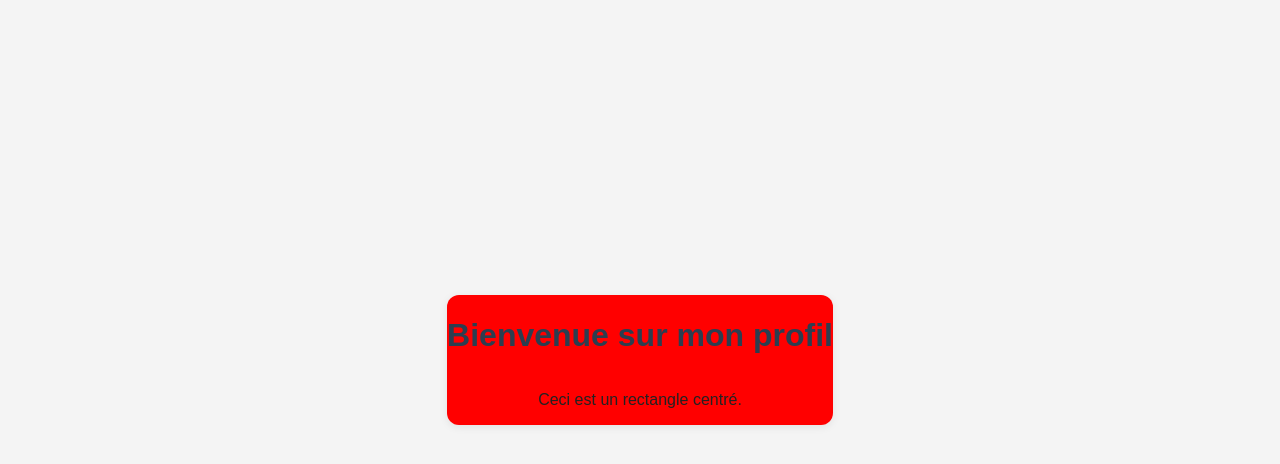
Repository: quadrinex/profile
Page: index.html
An editor plug-in stored every save of this project. The page is shown before and after the next save, followed by the edit.
The browser window is 1280 px wide. The pictures show the whole page.

Above is the page before, as saved 2025-06-30 16:14:57.

After the next save:
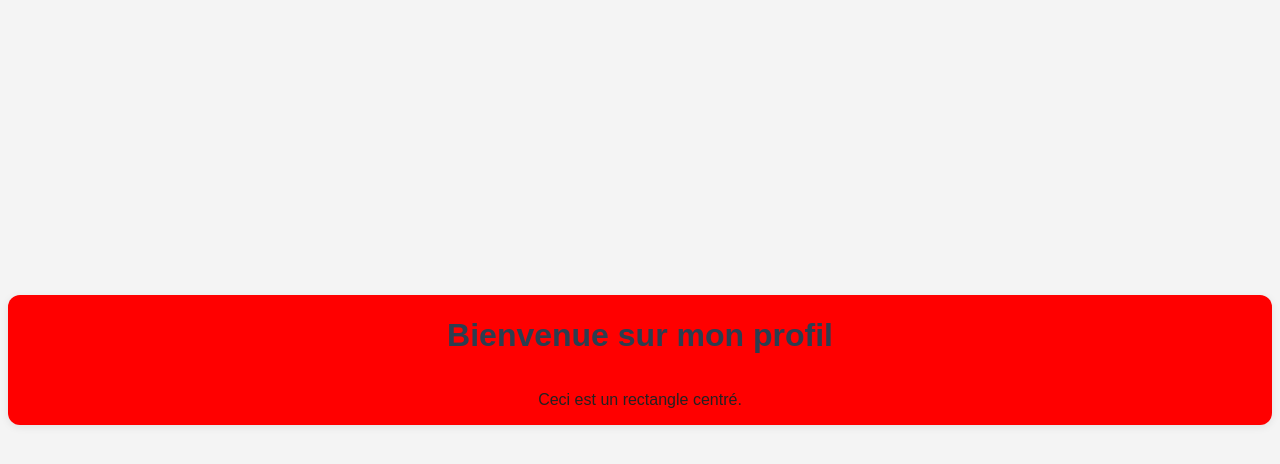
Saved 20 s later.
--- a/main.css
+++ b/main.css
@@ -20,7 +20,9 @@
 }
 
 .container {
-    max-width: fit-content;
+    max-width: calc(
+        100vw - 8px * 2
+    );
     max-height: fit-content;
     margin: auto;
     background: #ff0000;
